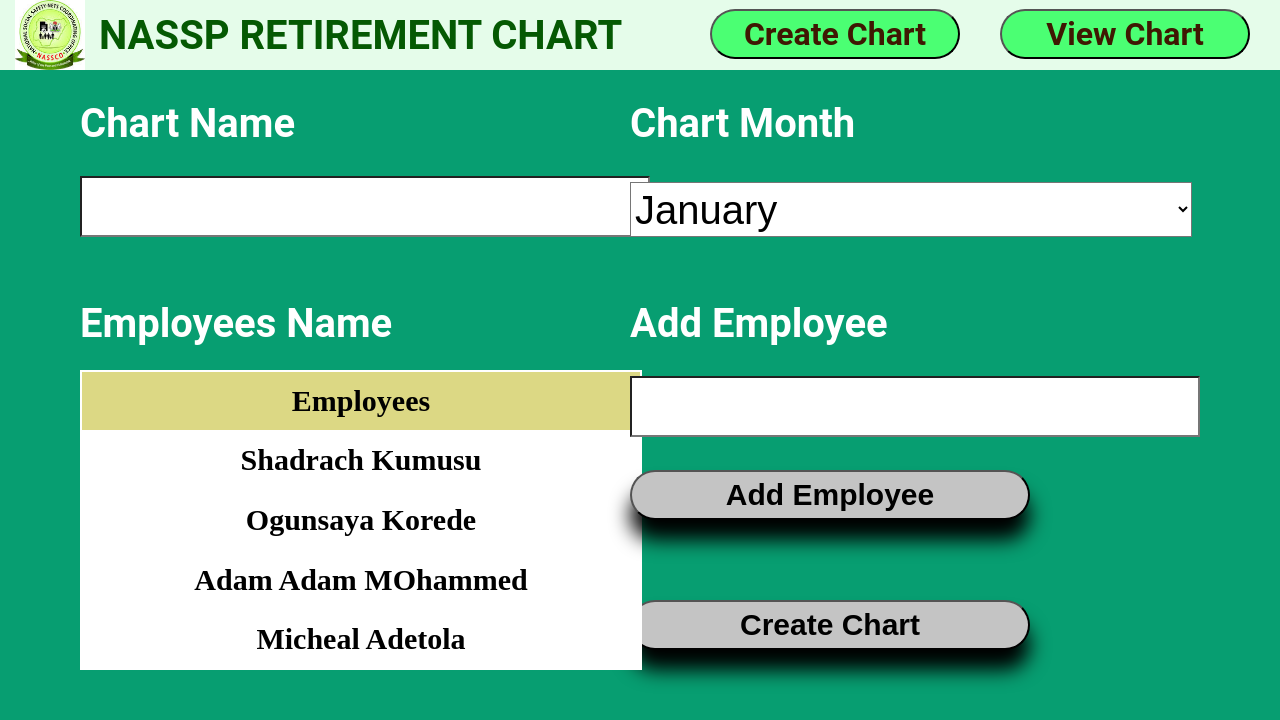
Repository: sheddy1/nasspchart
Page: http://localhost/
The author's editor kept a copy of each file at every save. The page is drawn from the files as they stood at one save, then again after the next save.
The browser window is 1280 px wide. The pictures show the whole page.
The page is run by PHP 8.4 with error messages shown; the project is at /var/www/html/. The database holds what the project's SQL file puts in it.

Above is the page before, as saved 2022-04-05 17:52:31.
Console error: SyntaxError: Unexpected token '}'

After the next save:
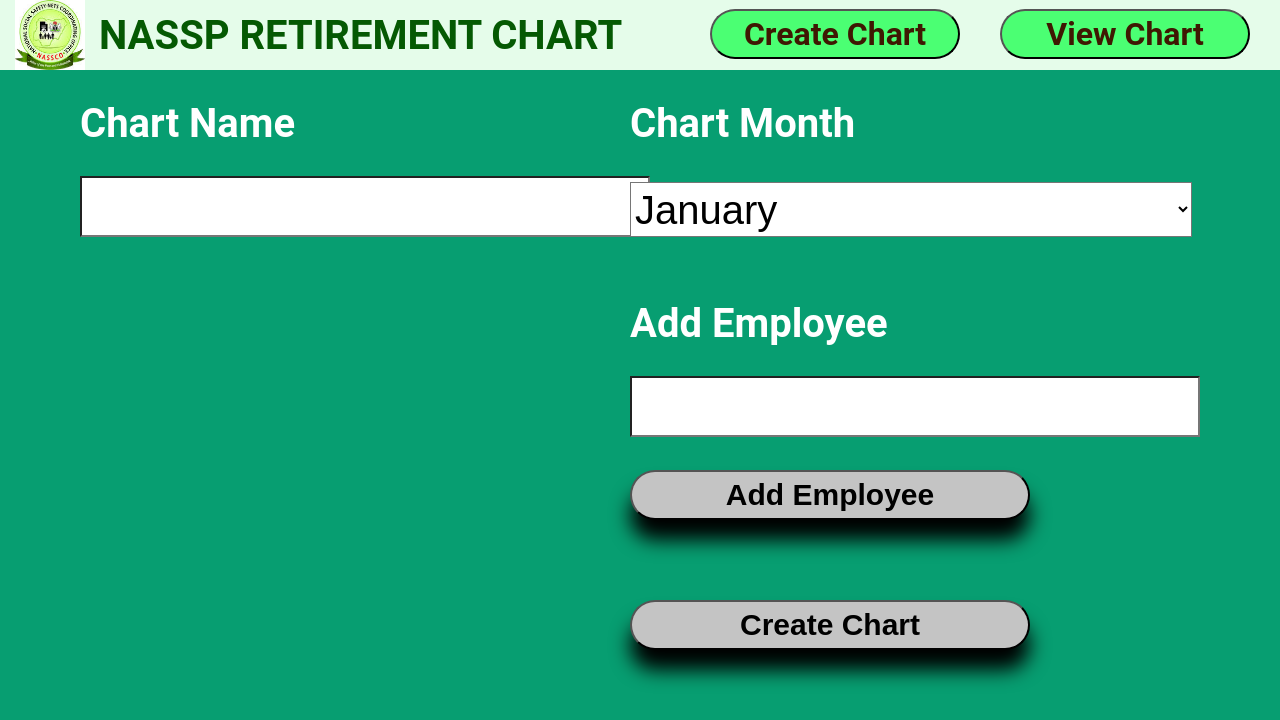
Saved 3 min 14 s later.
--- a/index.php
+++ b/index.php
@@ -125,32 +125,7 @@
 
 
             <form method='POST' action=''>
-            <div id='employees'>
-            <label class='chartname1'>
-            Employees Name
-            </label>
-
-            <div class='employee-div1'>
-
-            <table class='employees-table'>
-
-            <tr class='employees-table-row'>
-                <th>Employees</th>
-                </tr>
-
-            ";
-            for($x = 0; $x<$no1; $x++)
-            {
-                $row = mysqli_fetch_array($con1a);
-
-                echo"<tr class='employees-table-row1'><th>".$row['employee']."</th></tr  >";
-            }
-            echo"
-
-            </table>
-            </div>
-
-        </div>
+
 
             <div id='add-employee'>
                     <label class='chartname1'>

After the save that followed:
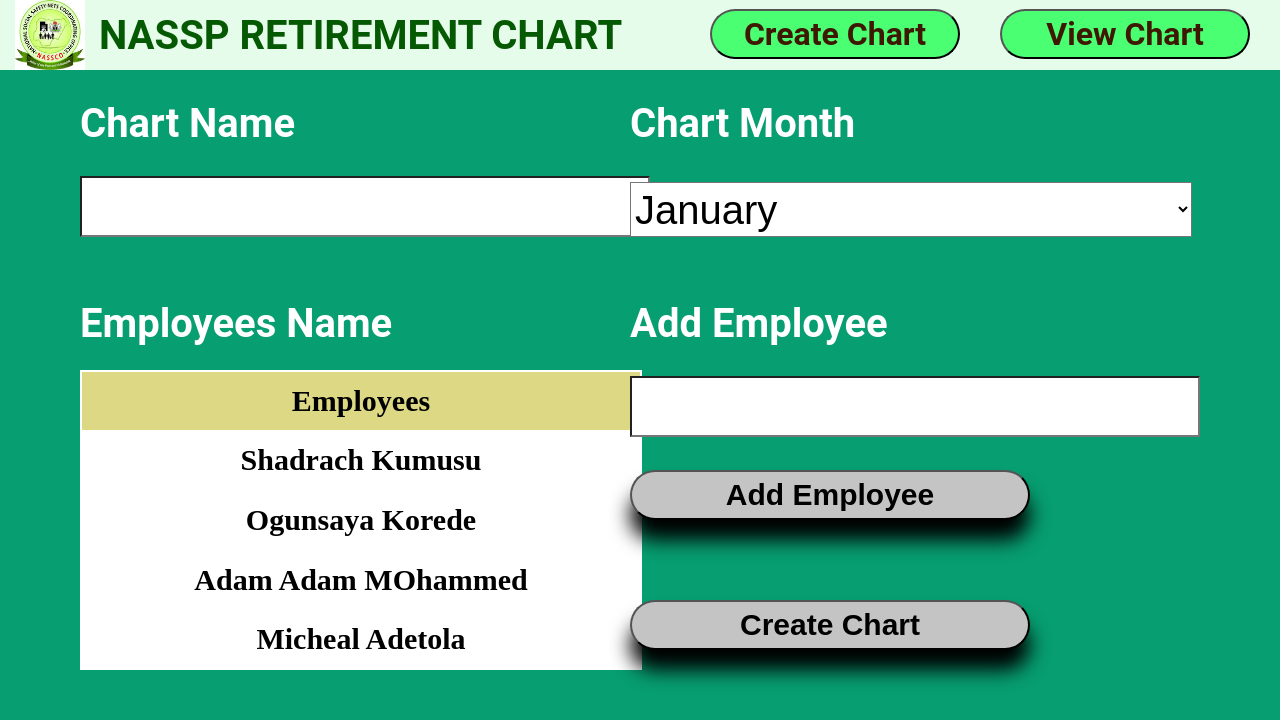
Saved 4 s later.
--- a/index.php
+++ b/index.php
@@ -111,7 +111,32 @@
                         </select>
                     </div>
 
-
+                    <div id='employees'>
+             <label class='chartname1'>
+             Employees Name
+             </label>
+
+             <div class='employee-div1'>
+
+             <table class='employees-table'>
+
+             <tr class='employees-table-row'>
+                 <th>Employees</th>
+                 </tr>
+
+             ";
+             for($x = 0; $x<$no1; $x++)
+             {
+                 $row = mysqli_fetch_array($con1a);
+
+                 echo"<tr class='employees-table-row1'><th>".$row['employee']."</th></tr  >";
+             }
+             echo"
+
+             </table>
+             </div>
+
+         </div>
 
                     <input type ='submit' value='Create Chart' name='btn-chart' class='btn-chart'>
 
@@ -122,11 +147,7 @@
 
 
             echo"
-
-
             <form method='POST' action=''>
-
-
             <div id='add-employee'>
                     <label class='chartname1'>
                     Add Employee
